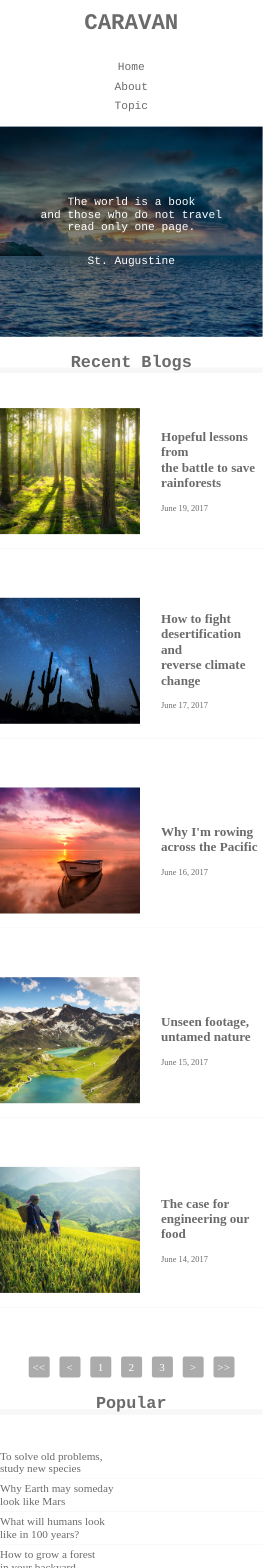
Repository: rascalNoShippo/git-practice
Page: caravan/index.html
The author's editor kept a record of every edit. The page is drawn from the files as they stood at one moment, then again after the next edit.
The browser window is 375 px wide. The pictures show the part of the page from y = 0 to 2240 px (the page is 3142 px tall before and 2792 px after), at 70% of full size.
Some web libraries are served in a nearby version.

Above is the page before.

After the next edit:
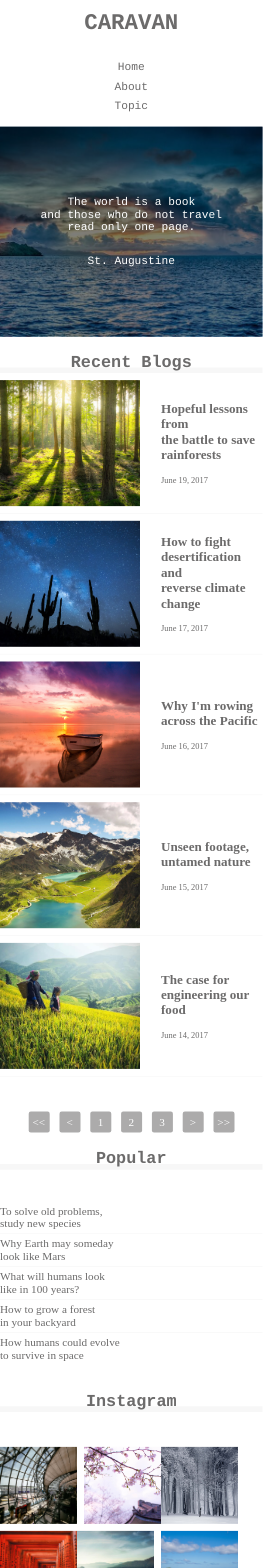
The edit:
--- a/caravan/style.css
+++ b/caravan/style.css
@@ -270,6 +270,8 @@
 
   .blog-item{
     align-items: center;
+    padding: 10px 0 10px;
+    margin-bottom: 0;
   }
 
   .blog-image{
